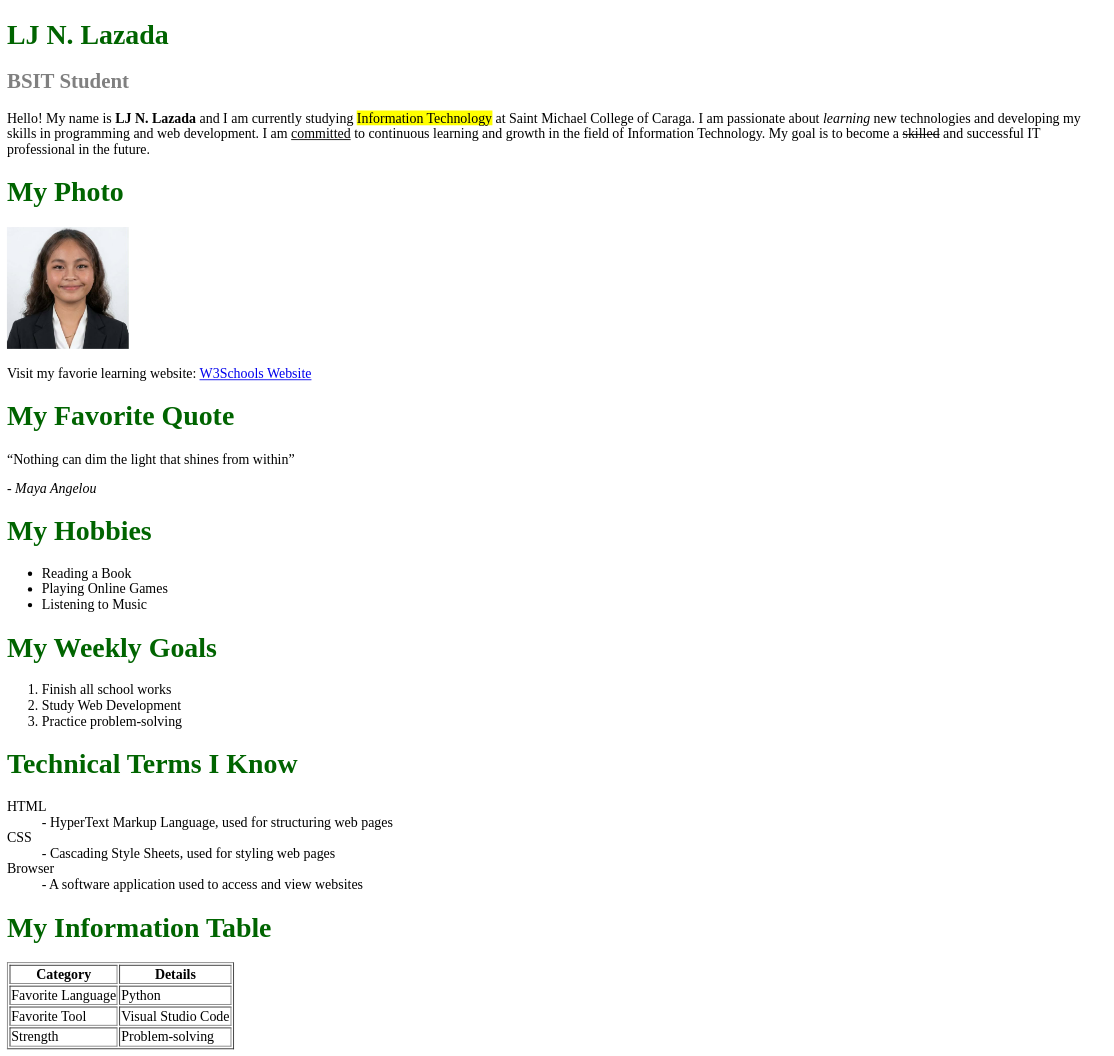
Repository: ljlazada11/myfirsthtml
Page: index.html
An editor plug-in stored every save of this project. The page is shown before and after the next save, followed by the edit.
The browser window is 1280 px wide. The pictures show the whole page, at 87% of full size.

Above is the page before, as saved 2026-06-24 20:46:50.

### index.html
<!DOCTYPE html>
<html lang="en">
<head>
    <meta charset="UTF-8">
    <meta name="viewport" content="width=device-width, initial-scale=1.0">
    <title>My Personal Web Profile</title>
    <link rel="icon" type="image/x-icon" href="images.png">

</head>
<body>
    <h1 style="color:darkgreen;">LJ N. Lazada</h1>
    <h2 style="color:gray;">BSIT Student</h2>
    <p>Hello! My name is <strong>LJ N. Lazada</strong> and I am currently studying <mark>Information Technology</mark> at Saint Michael College of Caraga. I am passionate about <i>learning</i> new technologies and developing my skills in programming and web development. I am <ins>committed</ins> to continuous learning and growth in the field of Information Technology. My goal is to become a <del>skilled</del> and successful IT professional in the future.</p>
</body>
    <h1 style="color:darkgreen;">My Photo</h1>
    <img src="pic.jpg" alt="My	Profile	Picture" width="140" height="140">
    <p> Visit my favorie learning website: <a href="https://www.w3schools.com/html/default.asp" target="_blank">W3Schools	Website</a></p>

<body>
    <h1 style="color:darkgreen;">My Favorite Quote</h1>
    <p><q>Nothing can dim the light that shines from within</q></p>
    <p><cite>- Maya Angelou</cite></p>
</body>
    <h1 style="color:darkgreen">My Hobbies</h1>
    <ul>
        <li>Reading a Book</li>
        <li>Playing Online Games</li>
        <li>Listening to Music</li>
    </ul>
</body>
    <h1 style="color:darkgreen">My Weekly Goals</h1>
    <ol>
        <li>Finish all school works</li>
        <li>Study Web Development</li>
        <li>Practice problem-solving</li>
    </ol>
<body>
    <h1 style="color:darkgreen">Technical Terms I Know</h1>
    <dl>
        <dt>HTML</dt>
        <dd>- HyperText Markup Language, used for structuring web pages</dd>
        <dt>CSS</dt>
        <dd>- Cascading Style Sheets, used for styling web pages</dd>
        <dt>Browser</dt>
        <dd>- A software application used to access and view websites</dd>
    </dl>
</body>
    <h1 style="color:darkgreen">My Information Table</h1>
<table border="1">
    <tr>
        <th>Category</th>
        <th>Details</th>
    </tr>
    <tr>
        <td>Favorite Language</td>
        <td>Python</td>
    </tr>
    <tr>
        <td>Favorite Tool</td>
        <td>Visual Studio Code</td>
    </tr>
    <tr>
        <td>Strength</td>
        <td>Problem-solving</td>
    </tr>
</table>


</html>

After the next save:
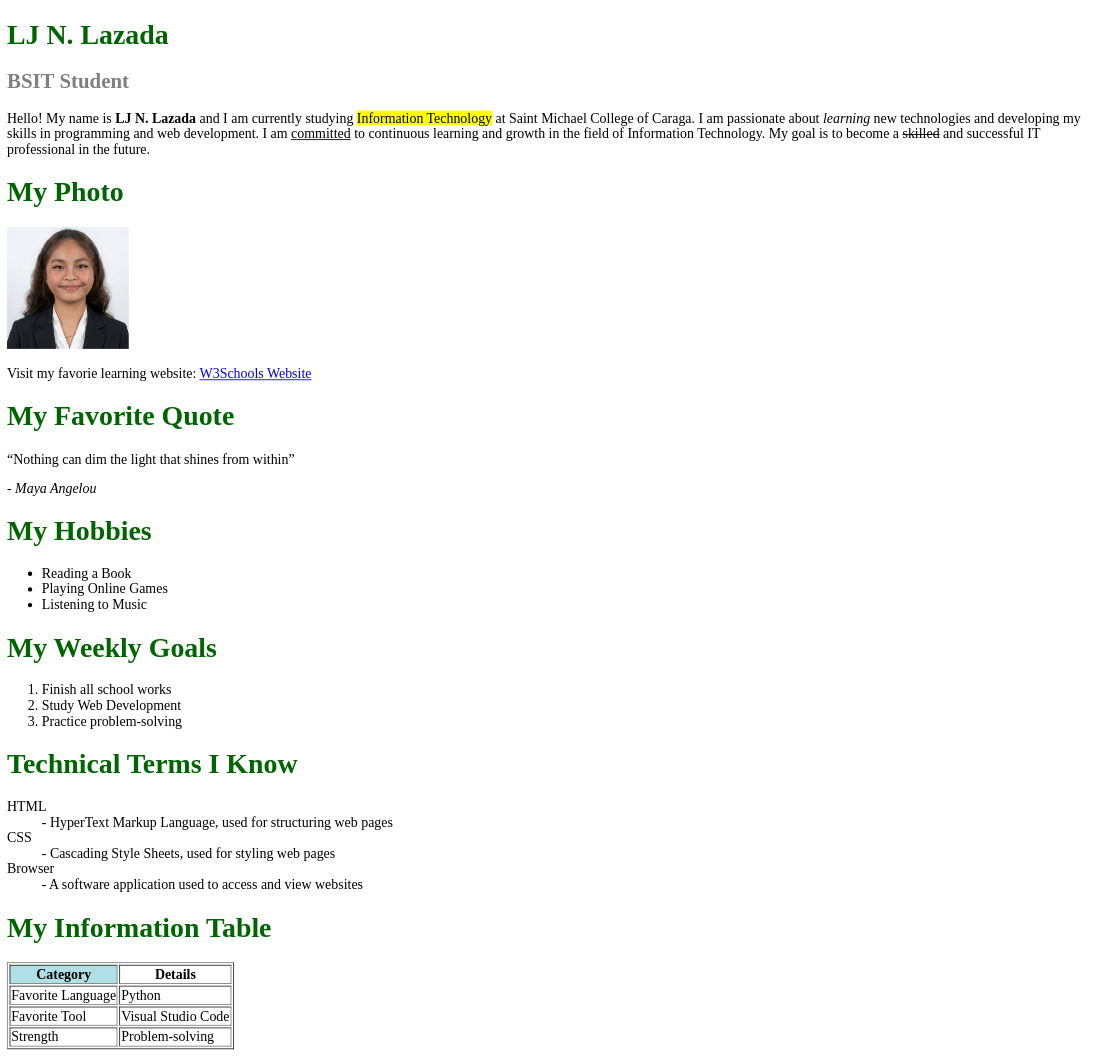
Saved 3 min 4 s later.
--- a/index.html
+++ b/index.html
@@ -48,7 +48,7 @@
     <h1 style="color:darkgreen">My Information Table</h1>
 <table border="1">
     <tr>
-        <th>Category</th>
+        <th style="background-color:powderblue;">Category</th>
         <th>Details</th>
     </tr>
     <tr>
